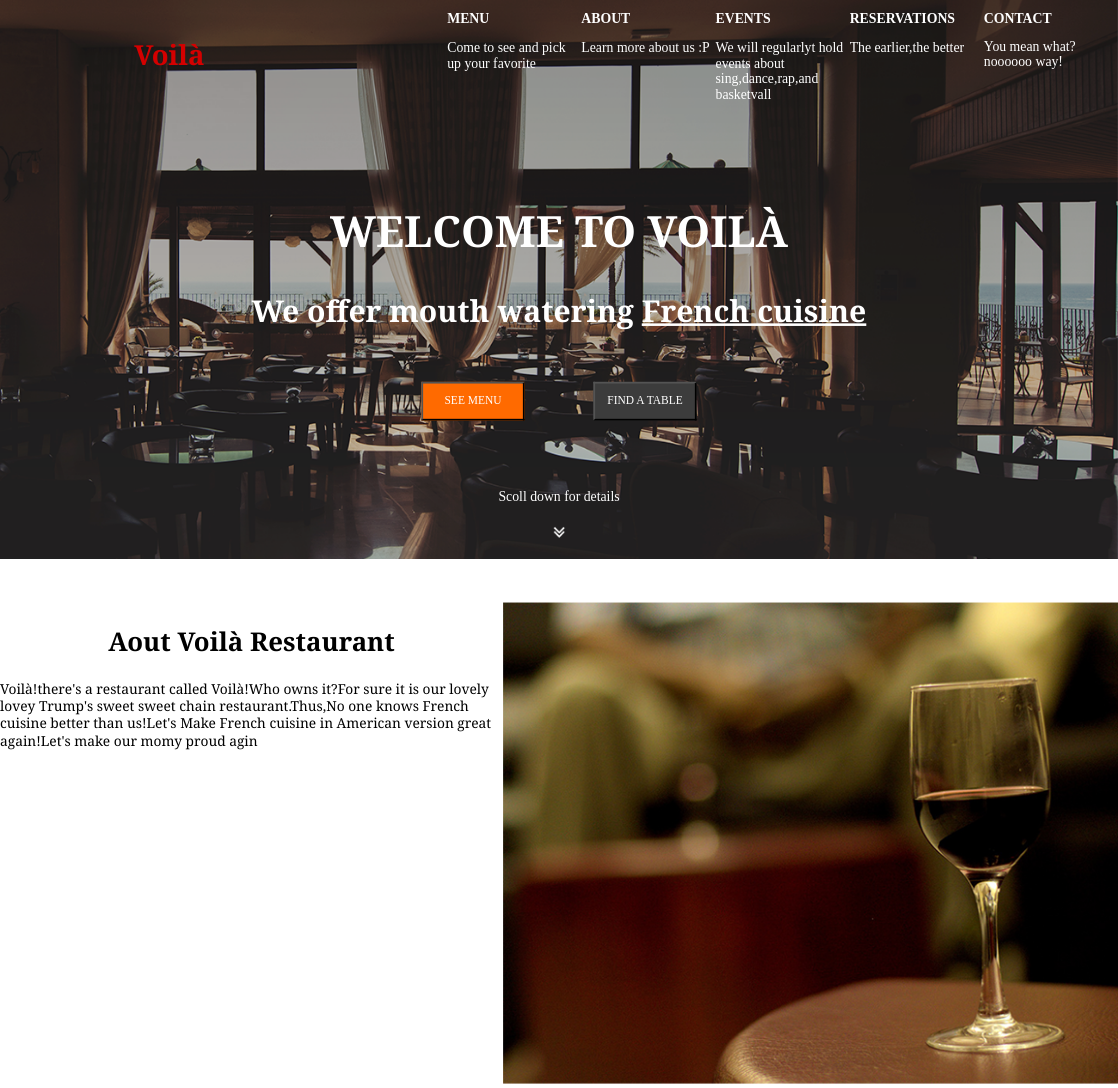
Repository: sis-shen/HTML_vsc
Page: adc_v2/index.html
An editor plug-in stored every save of this project. The page is shown before and after the next save, followed by the edit.
The browser window is 1280 px wide. The page is 1300 px wide, so the pictures cover 1300 px, including what lies to the right of the window. The pictures show the whole page, at 86% of full size.

Above is the page before, as saved 2023-08-14 10:04:14.

After the next save:
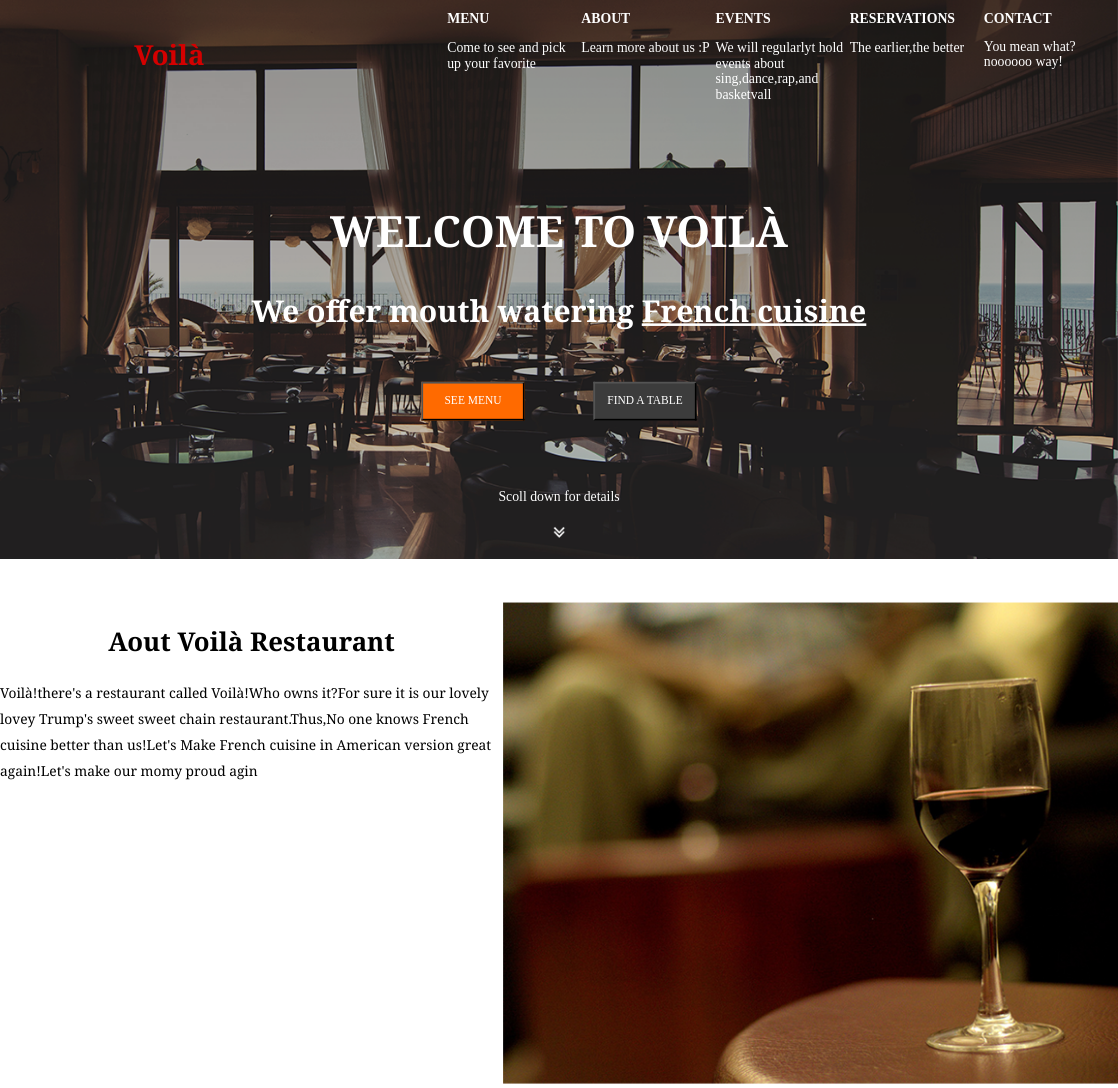
Saved 21 s later.
--- a/adc_v2/style.css
+++ b/adc_v2/style.css
@@ -149,5 +149,5 @@ body {
 }
 
 .up-left p{
-    line-height: 20px;
+    line-height: 30px;
 }
